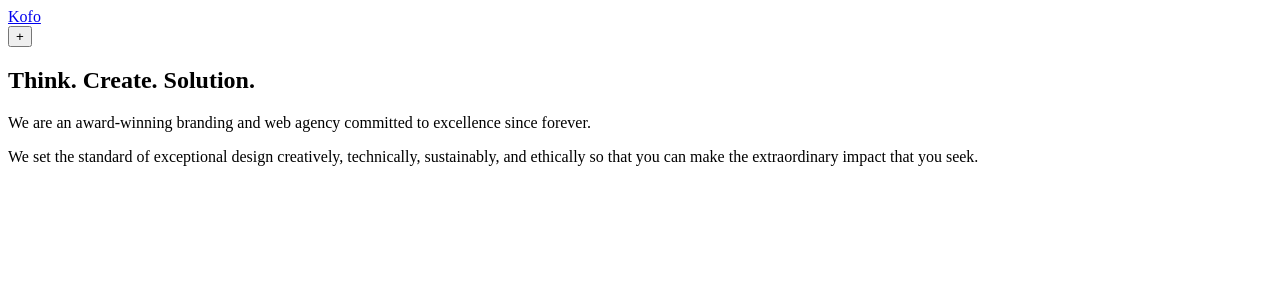
Repository: debthebuilder/kofo
Page: index.html
The author's editor kept a copy of each file at every save. The page is drawn from the files as they stood at one save, then again after the next save.
The browser window is 1280 px wide. The pictures show the whole page.

Above is the page before, as saved 2022-10-13 11:28:12.

### index.html
<!DOCTYPE html>
<html lang="en">
<head>
    <meta charset="UTF-8">
    <meta http-equiv="X-UA-Compatible" content="IE=edge">
    <meta name="viewport" content="width=device-width, initial-scale=1.0">
    <title>Kofo - Webflow Portfolio template</title>
</head>
<body>
    <!--Fixed Top Navigation Bar-->
    <nav class="fixed-navbar">
        <a href="index.html" class="logo">Kofo</a>
        <div>
            <button>+</button>
        </div>
    </nav>
    <!--Hero Section-->
    <section>
        <div class="row">
            <div class="col">
                <h1>Think. <span>Create.</span> Solution.</h1>
            </div>
            <div class="col">
                <div>
                    <p>We are an award-winning branding and web agency committed to excellence since forever.</p>
                </div>
                <div>
                    <p>We set the standard of exceptional design creatively, technically, sustainably, and ethically so that you can make the extraordinary impact that you seek.</p>
                    <div>
                        <a href="#"
                    </div>
                </div>
            </div>
        </div>
    </section>
    <!--Partner Brands-->
    <!--What we do-->
    <!--Portfolio-->
    <!--Services-->
    <!--Testimonial-->
    <!--Fun Facts-->
    <!--Latest Blog Posts-->
    <!--Newsletter-->
    <!--Footer-->
</body>
</html>

After the next save:
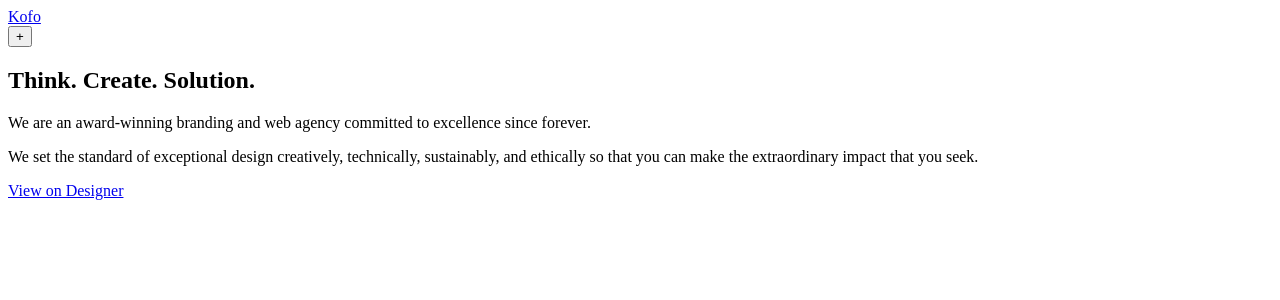
Saved 6 s later.
--- a/index.html
+++ b/index.html
@@ -27,7 +27,7 @@
                 <div>
                     <p>We set the standard of exceptional design creatively, technically, sustainably, and ethically so that you can make the extraordinary impact that you seek.</p>
                     <div>
-                        <a href="#"
+                        <a href="#">View on Designer</a>
                     </div>
                 </div>
             </div>
